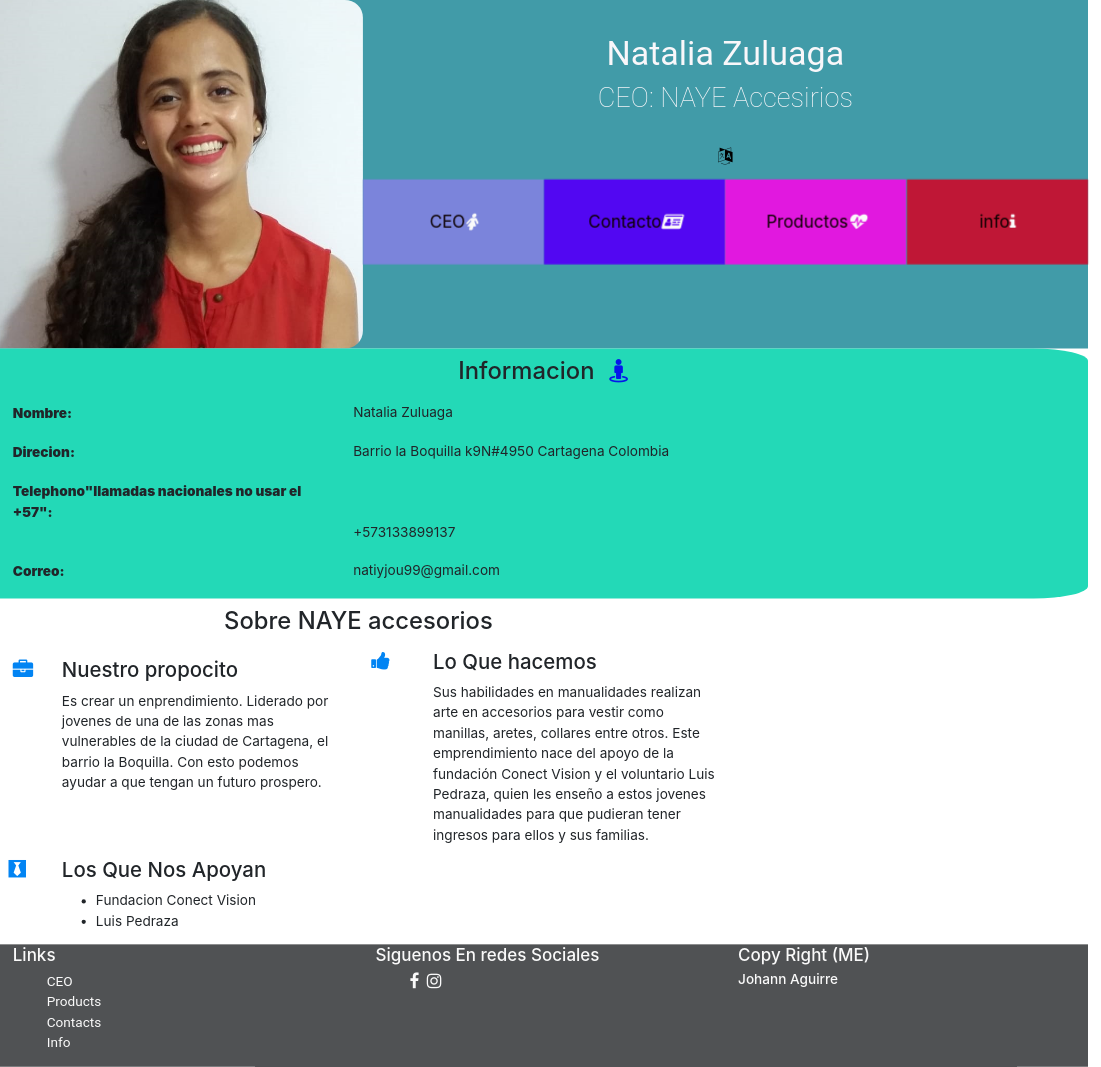
Repository: cachimiro/1-mile-stone-project
Page: index.html
The author's editor kept a record of every edit. The page is drawn from the files as they stood at one moment, then again after the next edit.
The browser window is 1280 px wide. The page is 1295 px wide, then 1280 px, then 1295 px, so the pictures cover 1295 px, including what lies to the right of the window. The pictures show the whole page, at 85% of full size.
Some web libraries are served in a nearby version.

Above is the page before.

After the next edit:
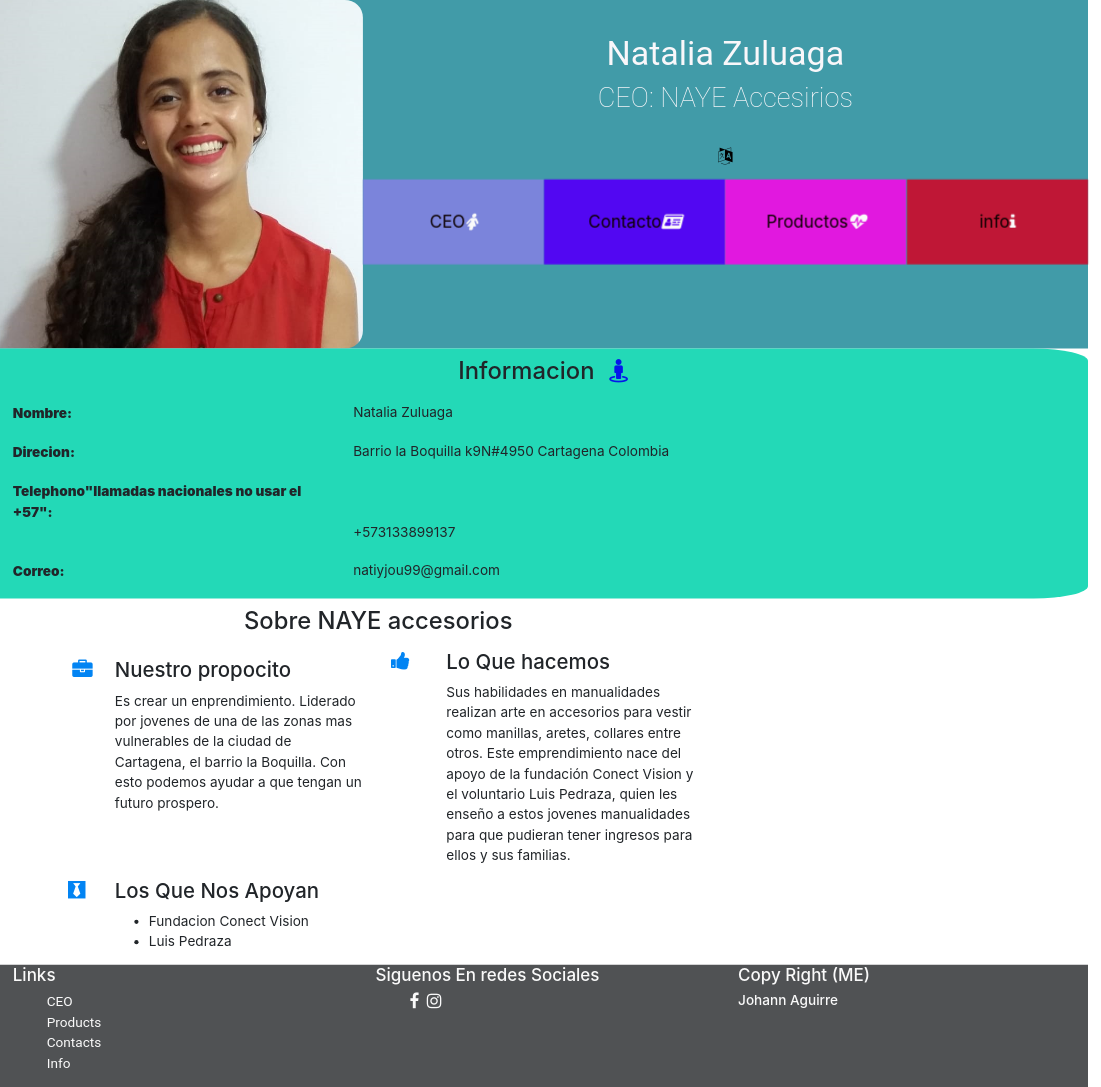
The edit:
--- a/index.html
+++ b/index.html
@@ -123,7 +123,8 @@
                     </div>
                 </div>
             </div>
-            <div class="container"></div>
+            <div class="container">
+                <div class="row">
             <div class="row">
             <div class="col-md-8 bg-color-three-reasons section-column">
                 <div class="row">

After the 4 edits that followed:
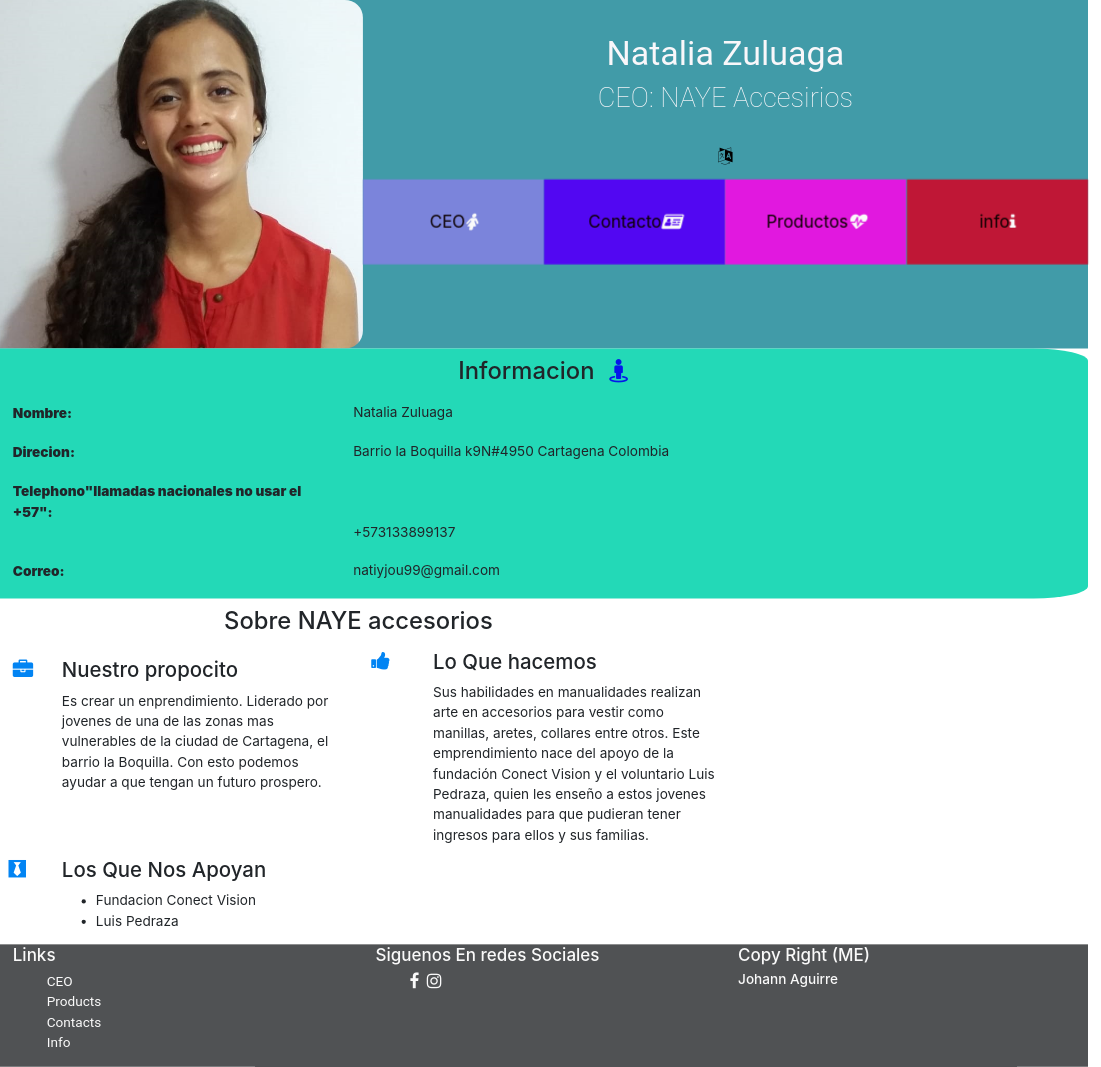
The 4 edits are shown as one change because 3 left the picture as it was.
The edit:
--- a/index.html
+++ b/index.html
@@ -123,8 +123,7 @@
                     </div>
                 </div>
             </div>
-            <div class="container">
-                <div class="row">
+
             <div class="row">
             <div class="col-md-8 bg-color-three-reasons section-column">
                 <div class="row">
@@ -181,7 +180,7 @@
             </div>
         </div>
         </div>
-        </div>
+
 
 
     </section>
